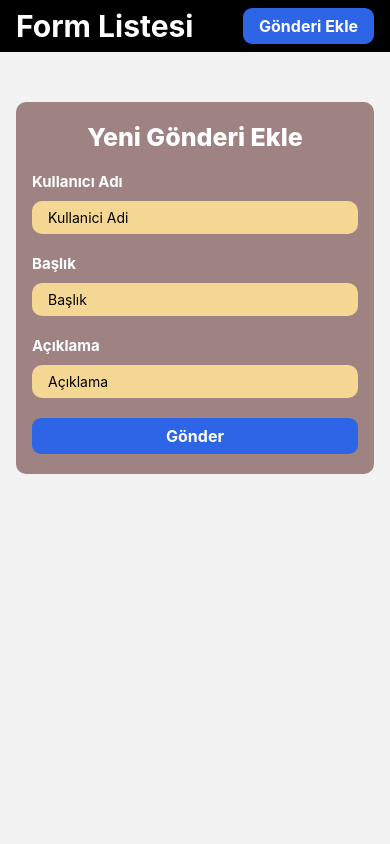
Repository: Kubraaygun/FirebaseRN
Screen: /
The author's editor kept a copy of each file at every save. The screen is drawn from the files as they stood at one save, then again after the next save.
The app was drawn by React Native's web renderer in a window 390 px wide. The project was rebuilt for these pictures with package versions that can differ from the ones it lists, and the page was loaded fresh each time. Also part of the build but not shown: src/screens/ListPost/ListPostView.jsx, src/screens/ListPost/ListPostController.jsx.

Above is the screen before, as saved 2025-01-20 20:53:55.

### App.js
import {SafeAreaView, StyleSheet, Text, View} from 'react-native';
import React, {useState} from 'react';
import {createNativeStackNavigator} from '@react-navigation/native-stack';
import {NavigationContainer} from '@react-navigation/native';
import ListPostController from './src/screens/ListPost/ListPostController';
import AddPostController from './src/screens/AddPost/AddPostController';
import AppBar from './src/screens/component/AppBar';

const App = () => {
  const [activePage, setActivePage] = useState('Gönderiler');
  const Stack = createNativeStackNavigator();
  return (
    <SafeAreaView style={{flex: 1}}>
      <NavigationContainer>
        <AppBar activePage={activePage} setActivePage={setActivePage} />
        <Stack.Navigator
          screenOptions={{headerShown: false}}
          initialRouteName="AddPost">
          <Stack.Screen name="ListPost" component={ListPostController} />
          <Stack.Screen name="AddPost" component={AddPostController} />
        </Stack.Navigator>
      </NavigationContainer>
    </SafeAreaView>
  );
};

export default App;

const styles = StyleSheet.create({});

### src/screens/AddPost/AddPostController.jsx
import {StyleSheet, Text, View} from 'react-native';
import React from 'react';
import AddPostView from './AddPostView';

const AddPostController = () => {
  return <AddPostView />;
};

export default AddPostController;

const styles = StyleSheet.create({});

### src/screens/component/AppBar.jsx
import {StyleSheet, Text, View} from 'react-native';
import React from 'react';
import CustomButton from './CustomButton';
import {useNavigation} from '@react-navigation/native';

const AppBar = ({activePage, setActivePage}) => {
  const navigation = useNavigation();
  return (
    <View style={styles.container}>
      <Text style={styles.title}>Form Listesi</Text>
      {activePage === 'Gönderiler' ? (
        <CustomButton
          buttonTitle={'Gönderi Ekle'}
          onPress={() => {
            setActivePage('Gönderi Ekle');
            navigation.navigate('AddPost');
          }}
        />
      ) : (
        <CustomButton
          buttonTitle={'Gönderi Listesi'}
          onPress={() => {
            setActivePage('Gönderiler');
            navigation.navigate('ListPost');
          }}
        />
      )}
    </View>
  );
};

export default AppBar;

const styles = StyleSheet.create({
  container: {
    backgroundColor: '#000000',
    flexDirection: 'row',
    justifyContent: 'space-between',
    paddingHorizontal: 16,
    paddingVertical: 8,
    alignItems: 'center',
  },
  title: {
    color: 'white',
    fontSize: 30,
    fontWeight: '700',
  },
});

### src/screens/AddPost/AddPostView.jsx
import {StyleSheet, Text, TextInput, View} from 'react-native';
import React from 'react';
import CustomButton from '../component/CustomButton';

const AddPostView = () => {
  return (
    <View style={styles.form}>
      <Text style={styles.formTitle}>Yeni Gönderi Ekle</Text>
      <View style={styles.inputGroup}>
        <Text style={styles.label}>Kullanıcı Adı</Text>
        <TextInput
          style={styles.input}
          placeholder="Kullanici Adi"
          placeholderTextColor={'black'}
        />
      </View>

      <View style={styles.inputGroup}>
        <Text style={styles.label}>Başlık</Text>
        <TextInput
          style={styles.input}
          placeholder="Başlık"
          placeholderTextColor={'black'}
        />
      </View>

      <View style={styles.inputGroup}>
        <Text style={styles.label}>Açıklama</Text>
        <TextInput
          style={styles.input}
          placeholder="Açıklama"
          placeholderTextColor={'black'}
        />
      </View>

      <CustomButton buttonTitle={'Gönder'} />
    </View>
  );
};

export default AddPostView;

const styles = StyleSheet.create({
  form: {
    backgroundColor: '#9F8383',
    marginVertical: 50,
    marginHorizontal: 16,
    paddingHorizontal: 16,
    paddingVertical: 20,
    borderRadius: 10,
    gap: 20,
  },
  inputGroup: {
    gap: 10,
  },
  formTitle: {
    color: '#FFFFFF',
    textAlign: 'center',
    fontSize: 25,
    fontWeight: '800',
  },
  label: {
    color: '#FFFFFF',
    fontSize: 15,
    fontWeight: '700',
  },
  input: {
    backgroundColor: '#F4D793',
    paddingHorizontal: 16,
    paddingVertical: 8,
    borderRadius: 10,
  },
});

### src/screens/component/CustomButton.jsx
import {StyleSheet, Text, TouchableOpacity, View} from 'react-native';
import React from 'react';

const CustomButton = ({buttonTitle, onPress}) => {
  return (
    <TouchableOpacity onPress={onPress} style={styles.buttonContainer}>
      <Text style={styles.buttonTitle}>{buttonTitle}</Text>
    </TouchableOpacity>
  );
};

export default CustomButton;

const styles = StyleSheet.create({
  buttonContainer: {
    backgroundColor: '#2D65E6',
    paddingHorizontal: 16,
    paddingVertical: 8,
    borderRadius: 9,
    alignItems: 'center',
    justifyContent: 'center',
  },
  buttonTitle: {
    color: '#ffffff',
    fontSize: 16,
    fontWeight: '700',
  },
});

After the next save:
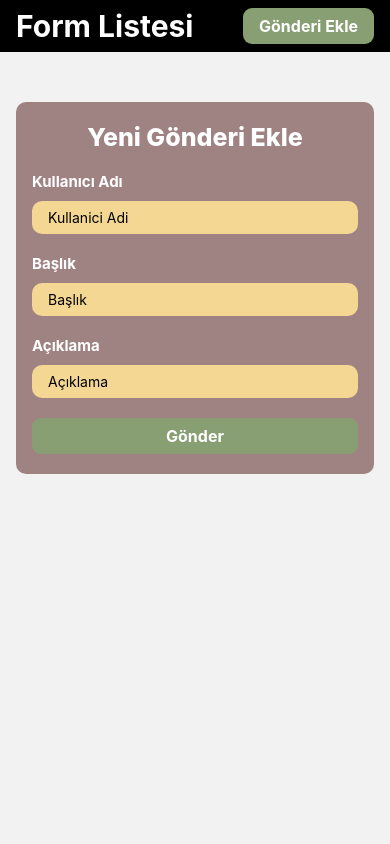
Saved 21 s later.
--- a/src/screens/component/CustomButton.jsx
+++ b/src/screens/component/CustomButton.jsx
@@ -13,7 +13,7 @@ export default CustomButton;
 
 const styles = StyleSheet.create({
   buttonContainer: {
-    backgroundColor: '#2D65E6',
+    backgroundColor: '#889E73',
     paddingHorizontal: 16,
     paddingVertical: 8,
     borderRadius: 9,
